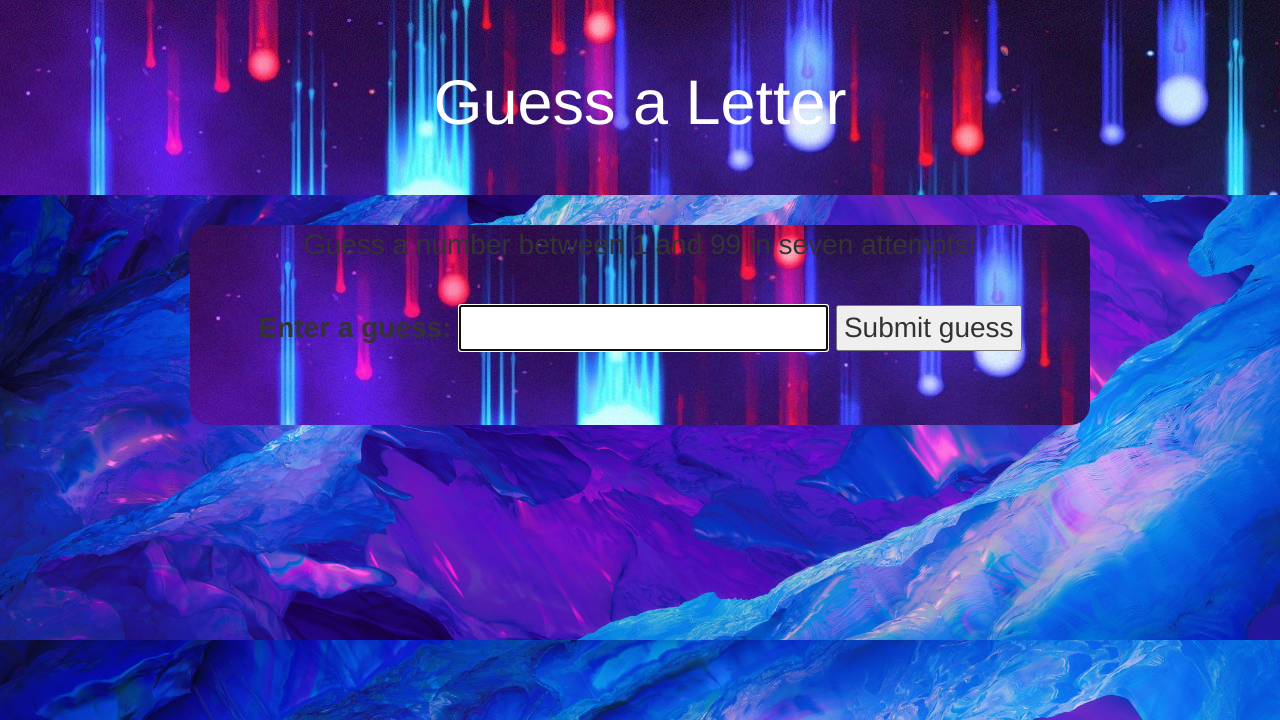
Repository: EricG831/a1
Page: a2/index.html
The author's editor kept a record of every edit. The page is drawn from the files as they stood at one moment, then again after the next edit.
The browser window is 1280 px wide. The pictures show the whole page.

Above is the page before.

### a2/index.html
<!DOCTYPE html>
<html>
    <head>
        <title> Guess a Letter </title>
        <meta charset="utf-8" />
        <script src="https://code.jquery.com/jquery.min.js"></script>

        <!--Bootstrap files-->
        <link rel="stylesheet" href="https://maxcdn.bootstrapcdn.com/bootstrap/3.3.7/css/bootstrap.min.css" integrity="sha384-BVYiiSIFeK1dGmJRAkycuHAHRg32OmUcww7on3RYdg4Va+PmSTsz/K68vbdEjh4u" crossorigin="anonymous">
        <script src="https://maxcdn.bootstrapcdn.com/bootstrap/3.3.7/js/bootstrap.min.js" integrity="sha384-Tc5IQib027qvyjSMfHjOMaLkfuWVxZxUPnCJA7l2mCWNIpG9mGCD8wGNIcPD7Txa" crossorigin="anonymous"></script>

        <!--Custom Styles-->
        <link href="css/styles.css" rel="stylesheet" type="text/css" />
    </head>
    <body>

        <div class="jumbotron">
            <h1>Guess a Letter</h1>
        </div>

        <div id="directions" class= "resultParas">
            Guess a number between 1 and 99 in seven attempts!

            <br><br>
            <label for="guessField">Enter a guess: </label>
            <input type="text" id="guessField" class="guessField">
            <input type="submit" value="Submit guess" class="guessSubmit">

            </br></br>
            <p id="guesses"></p>
            <p id="lastResult"></p>
            <p id="lowOrHi"></p>
            <button id='reset'>Reset</button>

        </div>
        <script SRC="js/function.js"></script>
    </body>
</html>

### a2/css/styles.css
body{
    text-align:center;
    background-image: url("../img/bg.jpg");
    background-size: cover;
}

#guesses{
    color: white;
}

#lastResult{
    color: white;
}

#guessField{
    color: blue;
}

.jumbotron {
    background-image: url("../img/cg.jpg");
    color: white;
}

#directions {
    background-image: url("../img/cg.jpg");
    font-size: 2em;
    width:900px;
    height:200px;
    margin:0 auto;
    border-radius:20px;

}

#sub{
    color: white;
}

#title{
    color: white;
}
#reset{
        background-color:yellow;
}

#consonantOrVowel{
    color: orange;
}

#myButton {
	box-shadow:inset 0px 1px 0px 0px #cf866c;
	background:linear-gradient(to bottom, #d0451b 5%, #bc3315 100%);
	background-color:#d0451b;
	border-radius:3px;
	border:1px solid #942911;
	display:inline-block;
	cursor:pointer;
	color:#ffffff;
	font-family:Arial;
	font-size:13px;
	padding:6px 24px;
	text-decoration:none;
	text-shadow:0px 1px 0px #854629;
}
#myButton:hover {
	background:linear-gradient(to bottom, #bc3315 5%, #d0451b 100%);
	background-color:#bc3315;
}
#myButton:active {
	position:relative;
	top:1px;
}

### a2/js/function.js
var randomChar = rLetter();
var guesses = document.querySelector('#guesses');
var lastResult = document.querySelector('#lastResult');
var consonantOrVowel = document.querySelector('#consonantOrVowel');

var guessSubmit = document.querySelector('.guessSubmit');
var guessField = document.querySelector('.guessField');

var guessCount = 1;
var resetButton = document.querySelector('#reset');
resetButton.style.display = 'none';
guessField.focus();

function checkRandLetterType(){
    var vowel = "vowel";
    var consonant = "consonant";
    if(randomChar == 'a' || randomChar == 'e' || randomChar == 'i' || randomChar == 'o' || randomChar == 'u'){
        return vowel;
    }
    return consonant;
}

function rLetter() {
    return String.fromCharCode(Math.floor(Math.random() * (122 - 97)) + 97);
}

function checkGuess() {
    var userGuess = (guessField.value);
    if (guessCount === 1) {
        guesses.innerHTML = 'Previous guesses: ';
    }
    guesses.innerHTML += userGuess + ' ';

    if (userGuess === randomChar) {
        lastResult.innerHTML = 'Congratulations! You got it right!';
        lastResult.style.backgroundColor = 'green';
        consonantOrVowel.innerHTML = '';
        setGameOver();
    }
    else if (guessCount === 10) {
        lastResult.innerHTML = 'Sorry, you lost!';
        setGameOver();
    }
    else {
        lastResult.innerHTML = 'Wrong!';
        lastResult.style.backgroundColor = 'red';
        if (guessCount > 5) {
            consonantOrVowel.innerHTML = 'Hint! letter is a ' + checkRandLetterType();
        }
    }

    guessCount++;
    guessField.value = '';
    guessField.focus();
}

guessSubmit.addEventListener('click', checkGuess);

function setGameOver() {
    guessField.disabled = true;
    guessSubmit.disabled = true;
    resetButton.style.display = 'inline';
    resetButton.addEventListener('click', resetGame);
}

function resetGame() {
    guessCount = 1;

    var resetParas = document.querySelectorAll('.resultParas p');
    for (var i = 0; i < resetParas.length; i++) {
        resetParas[i].textContent = '';
    }

    resetButton.style.display = 'none';

    guessField.disabled = false;
    guessSubmit.disabled = false;
    guessField.value = '';
    guessField.focus();

    lastResult.style.backgroundColor = 'white';

    randomChar = rLetter();
}

After the next edit:
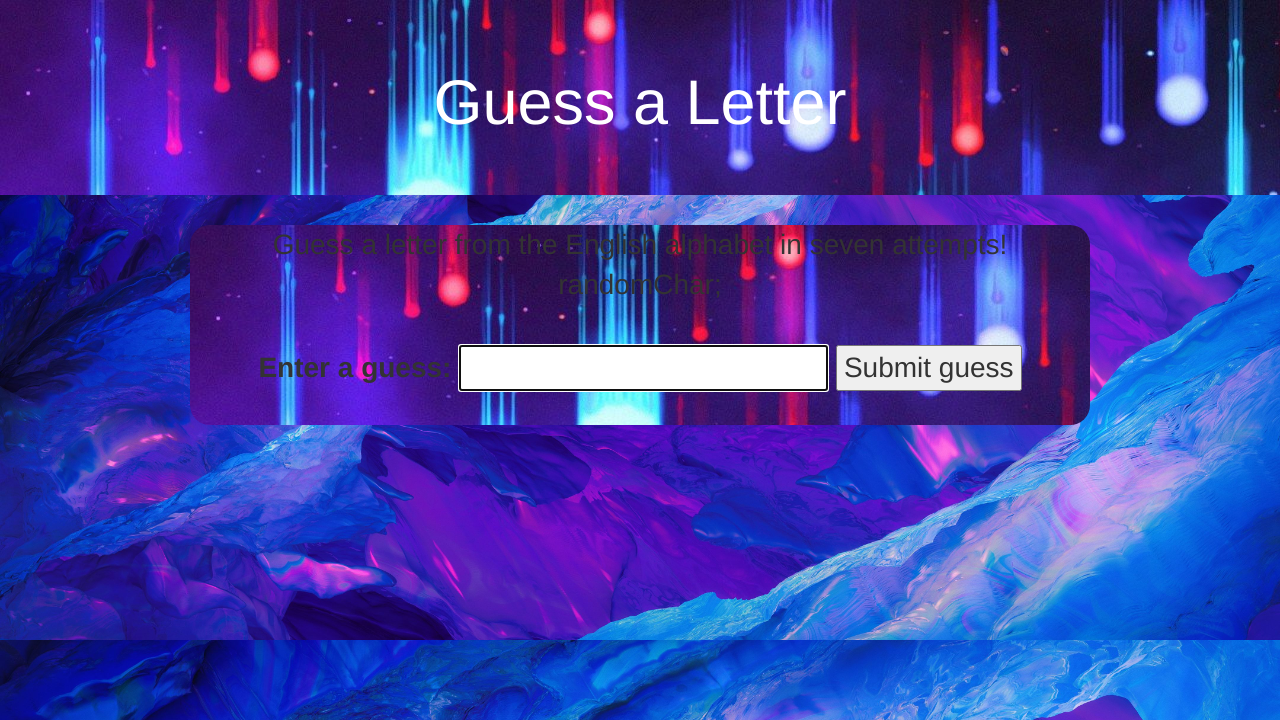
The edit:
--- a/a2/index.html
+++ b/a2/index.html
@@ -19,8 +19,8 @@
         </div>
 
         <div id="directions" class= "resultParas">
-            Guess a number between 1 and 99 in seven attempts!
-
+            Guess a letter from the English alphabet in seven attempts!
+            randomChar;
             <br><br>
             <label for="guessField">Enter a guess: </label>
             <input type="text" id="guessField" class="guessField">
